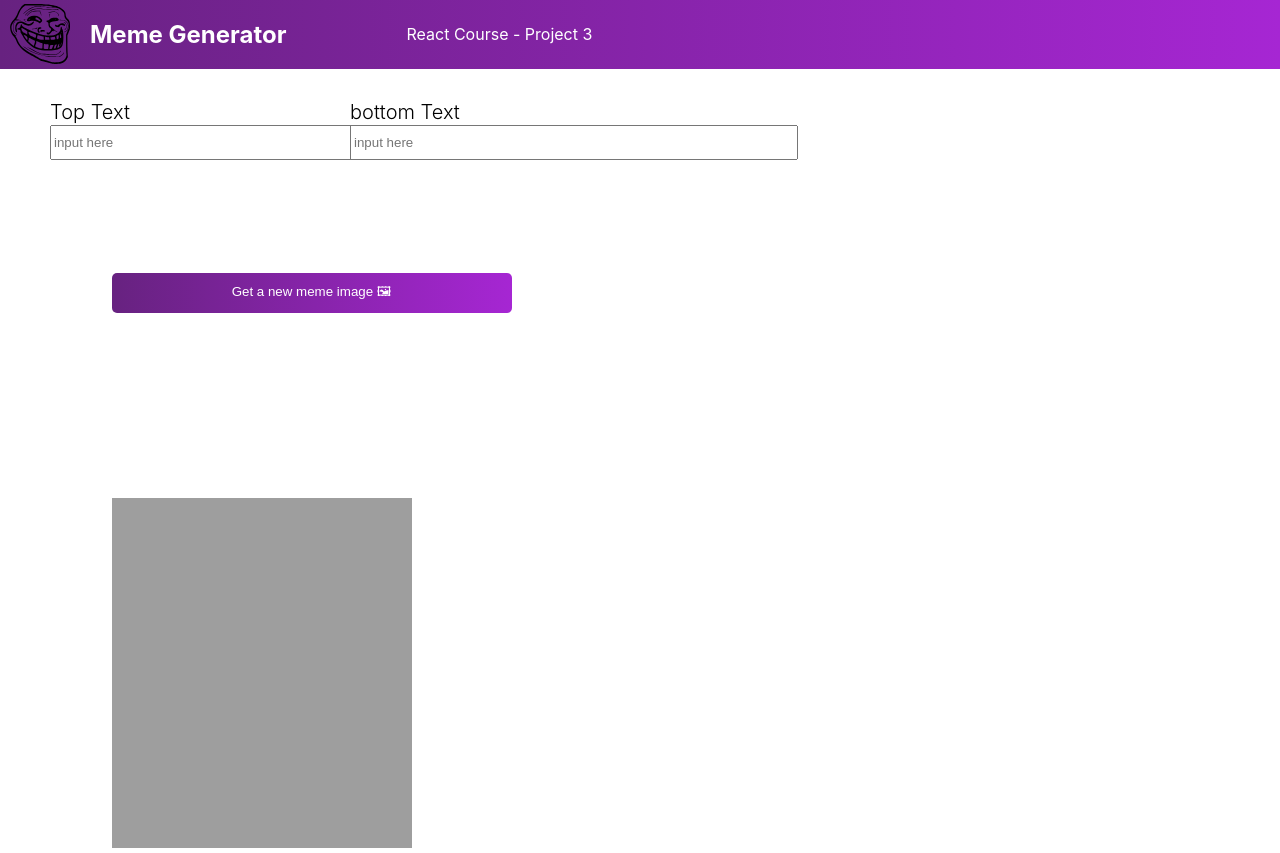
Repository: mortiestmorty1/meme-generator-react
Page: /
These files come from the project's save history. The page is drawn as it stood at one moment and after the next save; the edit follows.
The browser window is 1280 px wide. The pictures show the whole page.
Pictures or frames that could not be fetched are drawn as grey boxes. The project was rebuilt for these pictures with package versions that can differ from the ones it lists, and the page was loaded fresh each time.

Above is the page before, as saved 2024-01-18 23:06:27.

### src/index.css
body {
  margin: 0;
  font-family: -apple-system, BlinkMacSystemFont, 'Segoe UI', 'Roboto', 'Oxygen',
    'Ubuntu', 'Cantarell', 'Fira Sans', 'Droid Sans', 'Helvetica Neue',
    sans-serif;
  -webkit-font-smoothing: antialiased;
  -moz-osx-font-smoothing: grayscale;
}

code {
  font-family: source-code-pro, Menlo, Monaco, Consolas, 'Courier New',
    monospace;
}
* {
  box-sizing: border-box;
  }

### src/App.js

import './App.css';
import React from "react";
import Navbar from "./components/Navbar";
import Inputs from "./components/inputs";
import { useState } from 'react';
function App() {

  return (
    <div className="App">
      <Navbar />
      <Inputs />
    </div>
  );
}

export default App;

### src/App.css
.nav-container {
  display: flex;
  justify-content: space-between;
  align-items: center;
  background: linear-gradient(to right, #672280,#A626D3);
  }
  .image{
    width: 60px;
    height: 60px;
    margin-left: 10px;
  }
  .navbar{
    display: flex;
    justify-content: space-around;
    align-items: center;
    margin-right: 10px;
    color: white;
  }
  .navbar h1{
    margin-right: 20px;
    margin-left: 20px;
  }
  .info{
    margin-left: 100px;
  }
  .inputs-container{
    margin-left: 50px;
    margin-top: 20px;
    font-size: 20px;
    font-weight: 300;
  }
  .top{
    position: absolute;
    top: 100px;
  }
  .bottom{
    position: absolute;
    margin-left: 300px;
    top: 100px;
  }
  .topinput{
    position: absolute;
    top: 125px;
    height: 35px;
    width: 35%;
  }
  .bottominput{
    position: absolute;
    top: 125px;
    margin-left: 300px;
    height: 35px;
    width: 35%;
  }
  .generate{
    margin-left: 5%;
    margin-top: 15%;
    background: linear-gradient(to right, #672280,#A626D3);
    color: white;
    border: none;
    border-radius: 5px;
    width: 400px;
    height: 40px;
  }
  .memeimage{
    margin-left: 5%;
    margin-top: 15%;
    width: 300px;
    height: 350px;
  }

### src/components/Navbar.js
import React from "react";
import Troll from "./Troll-Face.svg";
import "../App.css";
function Navbar(){
    return(
        <div className="nav-container">
            <nav className="navbar">
                <img src={Troll} className="image" alt="Troll Face" />
                <h1>Meme Generator</h1>
                <section className="info">
                    <p>React Course - Project 3</p>
                </section>
            </nav>
        </div>
    )
}

export default Navbar;

### src/components/inputs.js
import React from "react";
import "../App.css";
import Meme from "./meme.js";
import { useState } from "react";
function Inputs(){
    const [memeimage , setmemeimage] = useState("https://png.pngtree.com/png-vector/20231222/ourlarge/pngtree-do-not-press-this-button-sign-vector-png-image_11376553.png")
    function handleClick () {
        const memearray = Meme
        const random = Math.floor(Math.random() * memearray.length)
        const url = memearray[random].url
        setmemeimage(url)
    }
    return(
        <div className="inputs-container">
            <div className="inputs">
                <label className="top">Top Text</label>
                <input  className="topinput" type="text" placeholder="input here" />
                <label className="bottom">bottom Text</label>
                <input className="bottominput" type="text" placeholder="input here" />
                <button className="generate" onClick={handleClick}>Get a new meme image  🖼</button>
            </div>
            < img src={memeimage} className="memeimage" alt="meme" />
        </div>
    )
}

export default Inputs;

### src/components/meme.js

export default [
    {
        id: 1,
        name: "Drake",
        url: "https://i.imgflip.com/30b1gx.jpg",
        width: 1200,
        height: 1200
    },
    {
        id: 2,
        name: "Distracted Boyfriend",
        url: "https://i.imgflip.com/1ur9b0.jpg",
        width: 1200,
        height: 800
    },
    {
        id: 3,
        name: "Two Buttons",
        url: "https://i.imgflip.com/1g8my4.jpg",
        width: 600,
        height: 908
    },
    {
        id: 4,
        name: "Mocking Spongebob",
        url: "https://i.imgflip.com/1otk96.jpg",
        width: 502,
        height: 353
    },
    {
        id: 5,
        name: "Expanding Brain",
        url: "https://i.imgflip.com/1jwhww.jpg",
        width: 857,
        height: 1202
    },
    {
        id: 6,
        name: "Roll Safe Think About It",
        url: "https://i.imgflip.com/1h7in3.jpg",
        width: 600,
        height: 600
    },
    {
        id: 7,
        name: "Change My Mind",
        url: "https://i.imgflip.com/24y43o.jpg",
        width: 482,
        height: 361
    },
    {
        id: 8,
        name: "Is This A Pigeon",
        url: "https://i.imgflip.com/1o00in.jpg",
        width: 857,
        height: 1202
    },
    {
        id: 9,
        name: "Batman Slapping Robin",
        url: "https://i.imgflip.com/9ehk.jpg",
        width: 400,
        height: 387
    },
   {
        id: 10,
        name: "One Does Not Simply",
        url: "https://i.imgflip.com/1bij.jpg",
        width: 568,
        height: 335
    },
    {
        id: 11,
        name: "Philosoraptor",
        url: "https://i.imgflip.com/1bgs.jpg",
        width: 400,
        height: 400
    },
    {
        id: 12,
        name: "Waiting Skeleton",
        url: "https://i.imgflip.com/2fm6x.jpg",
        width: 500,
        height: 500
    },
    {
        id: 13,
        name: "X, X Everywhere",
        url: "https://i.imgflip.com/1ihzfe.jpg",
        width: 500,
        height: 610
    },
    {
        id: 14,
        name: "Futurama Fry",
        url: "https://i.imgflip.com/1bgw.jpg",
        width: 553,
        height: 439
    },
    {
        id: 15,
        name: "Ancient Aliens",
        url: "https://i.imgflip.com/26am.jpg",
        width: 500,
        height: 437
    },
    {
        id: 16,
        name: "That Would Be Great",
        url: "https://i.imgflip.com/1bh8.jpg",
        width: 500,
        height: 500
    },
    {
        id: 17,
        name: "Unsettled Tom",
        url: "https://i.imgflip.com/2wifvo.jpg",
        "width": 500,
        "height": 654
    },
    {
        id : 18,
        name: "Boardroom Meeting Suggestion",
        url: "https://i.imgflip.com/m78d.jpg",
        width: 625,
        height: 415
    },
]

Loaded but not shown: public/index.html (common file); src/index.js (common file); src/reportWebVitals.js (common file)

After the next save:
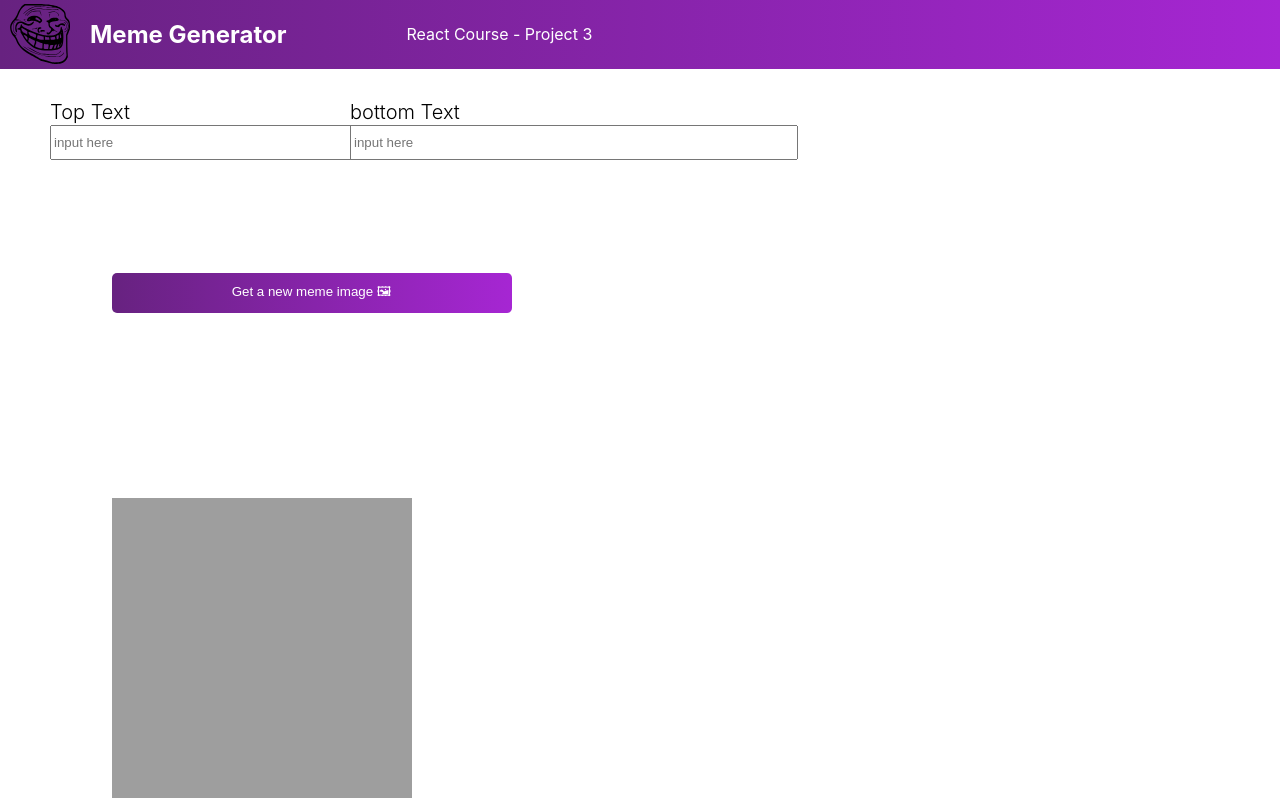
Saved 9 s later.
--- a/src/App.css
+++ b/src/App.css
@@ -65,5 +65,5 @@
     margin-left: 5%;
     margin-top: 15%;
     width: 300px;
-    height: 350px;
+    height: 300px;
   }
